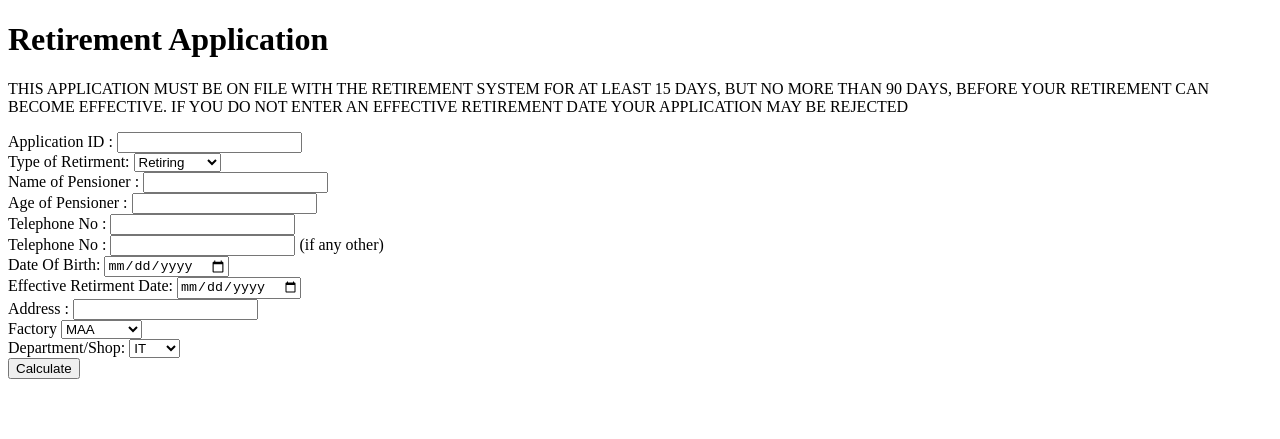
Repository: AQSA-ABDULLAH/RetirementManagmentSystem
Page: RetimentManagmentSystem/src/main/webapp/RetirementApplicationForm.html
An editor plug-in stored every save of this project. The page is shown before and after the next save, followed by the edit.
The browser window is 1280 px wide. The pictures show the whole page.

Above is the page before, as saved 2023-08-13 18:34:50.

After the next save:
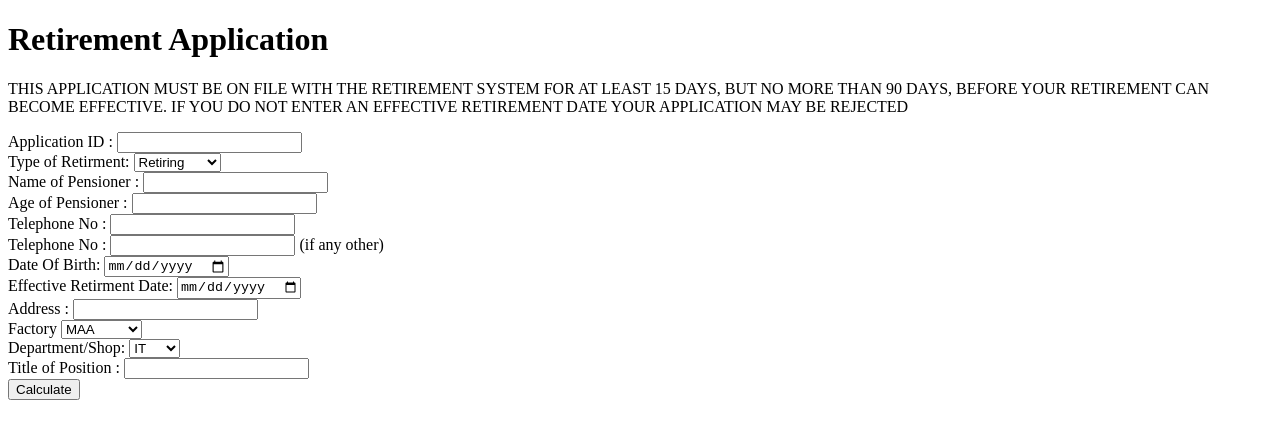
Saved 71 s later.
--- a/RetimentManagmentSystem/src/main/webapp/RetirementApplicationForm.html
+++ b/RetimentManagmentSystem/src/main/webapp/RetirementApplicationForm.html
@@ -65,6 +65,9 @@ YOUR APPLICATION MAY BE REJECTED</p>
         <option>C-19</option>
       </select><br>
 
+    <label for="position">Title of Position :</label>
+    <input type="text" id="position" required><br>
+
     <button type="button">Calculate</button>
   </form>
 
